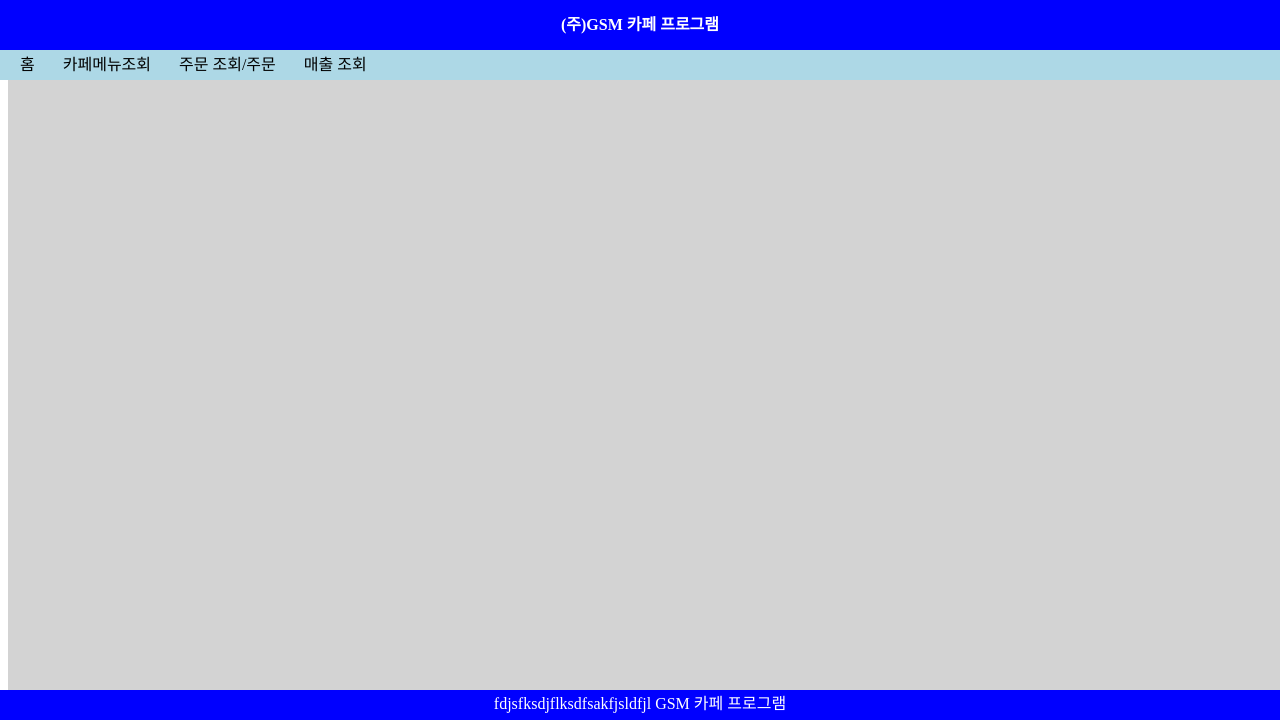
Repository: jiye-stingray/JSP
Page: http://localhost/Cafe/
These files come from the project's save history. The page is drawn as it stood at one moment and after the next save; the edit follows.
The browser window is 1280 px wide. The pictures show the whole page.
The page is served by Tomcat 9.

Above is the page before, as saved 2022-09-22 11:00:48.

After the next save:
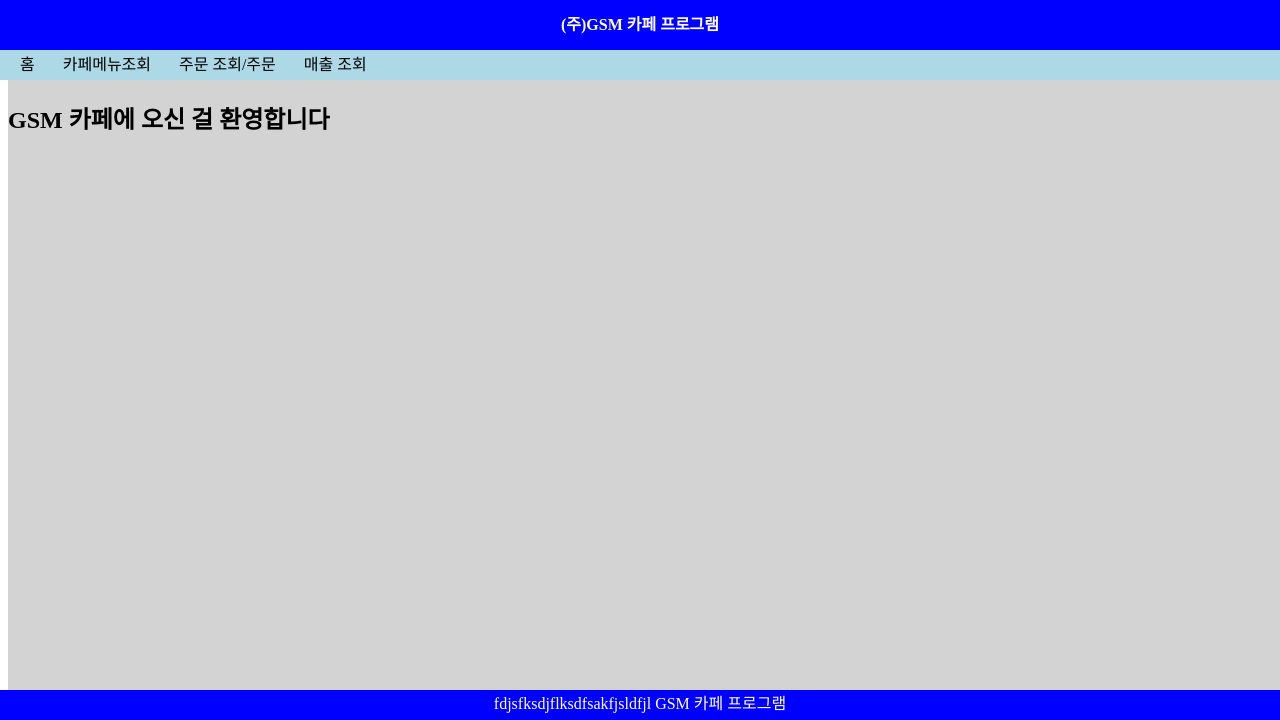
Saved 27 s later.
--- a/WithMIRA/Cafe/src/main/webapp/index.jsp
+++ b/WithMIRA/Cafe/src/main/webapp/index.jsp
@@ -11,7 +11,7 @@
 <jsp:include page="header.jsp"></jsp:include>
 
 <section style = "position: fixed; width:100%; height: 100%; top:80px; background-color: lightgray" >
-<h2></h2>
+<h2 style ="">GSM 카페에 오신 걸 환영합니다</h2>
 </section>
 
 <jsp:include page="footer.jsp"></jsp:include>
